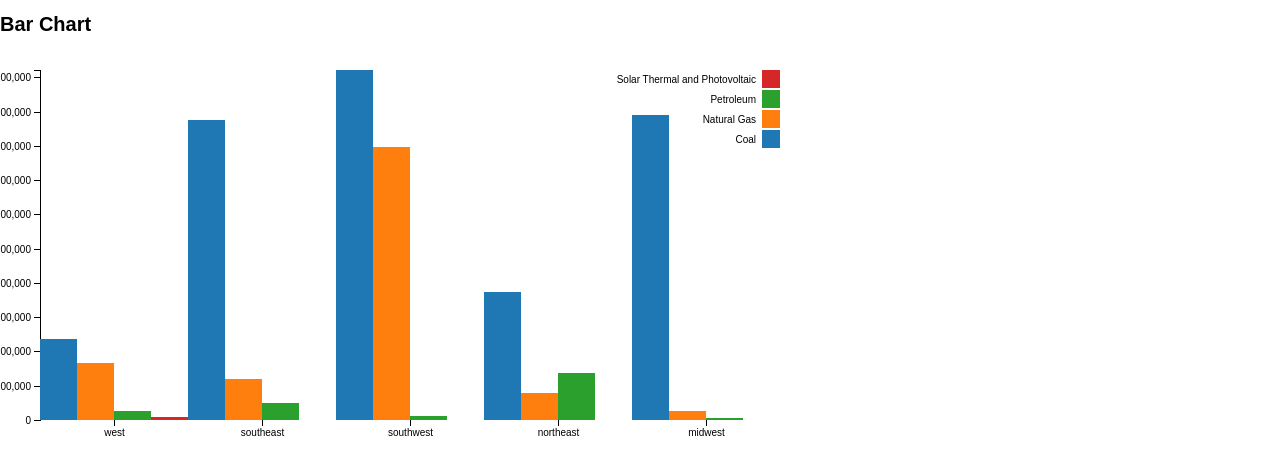
Repository: komalharjani/d3js-visualisation
Page: index.html
The author's editor kept a copy of each file at every save. The page is drawn from the files as they stood at one save, then again after the next save.
The browser window is 1280 px wide. The pictures show the whole page.

Above is the page before, as saved 2020-05-01 18:05:27.

After the next save:
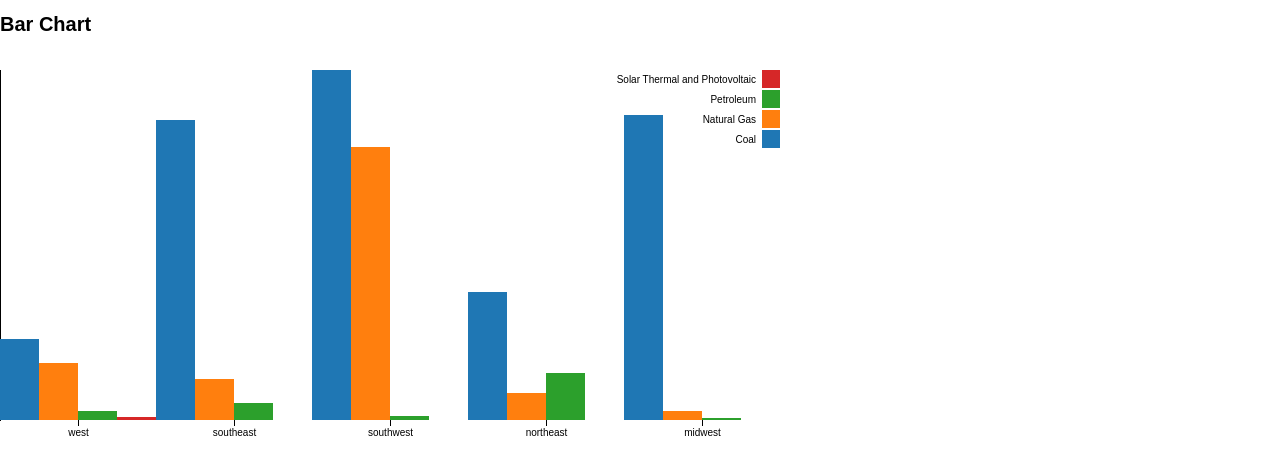
Saved 17 s later.
--- a/tryURL.js
+++ b/tryURL.js
@@ -56,7 +56,7 @@ d3.csv(dataPath)
         console.log(currData);
 
 
-        var margin = { top: 20, right: 20, bottom: 30, left: 40 },
+        var margin = { top: 20, right: 20, bottom: 30, left: 0 },
             width = 800 - margin.left - margin.right,
             height = 400 - margin.top - margin.bottom;
 
